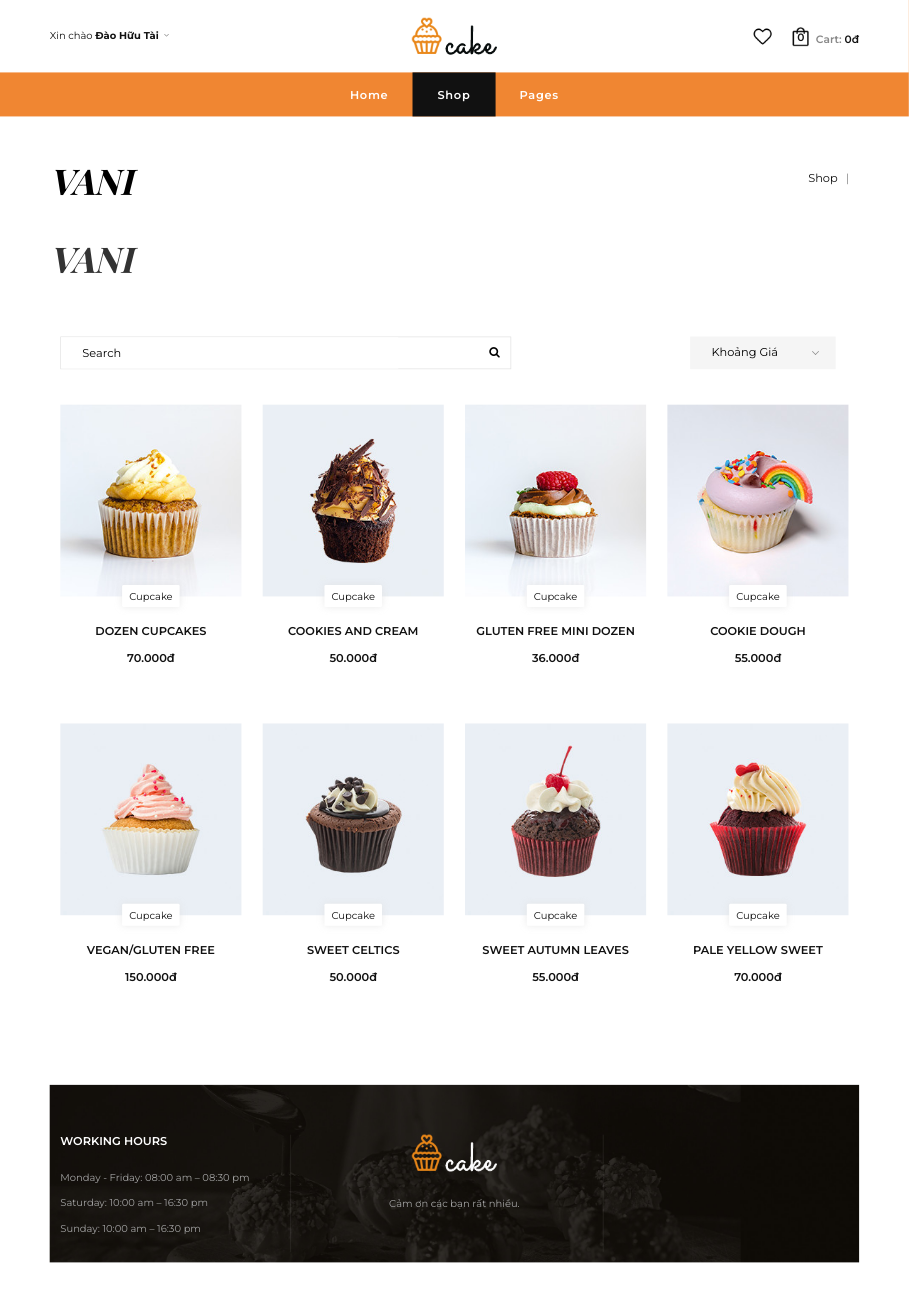
Repository: nhanto2n-byte/Nhom10ChieuThu3
Page: ProjectWeb/cake-main/shop-vani.html
These files come from the project's save history. The page is drawn as it stood at one moment and after the next save; the edit follows.
The browser window is 1280 px wide. The pictures show the whole page, at 71% of full size.

Above is the page before, as saved 2025-11-03 22:24:02.

After the next save:
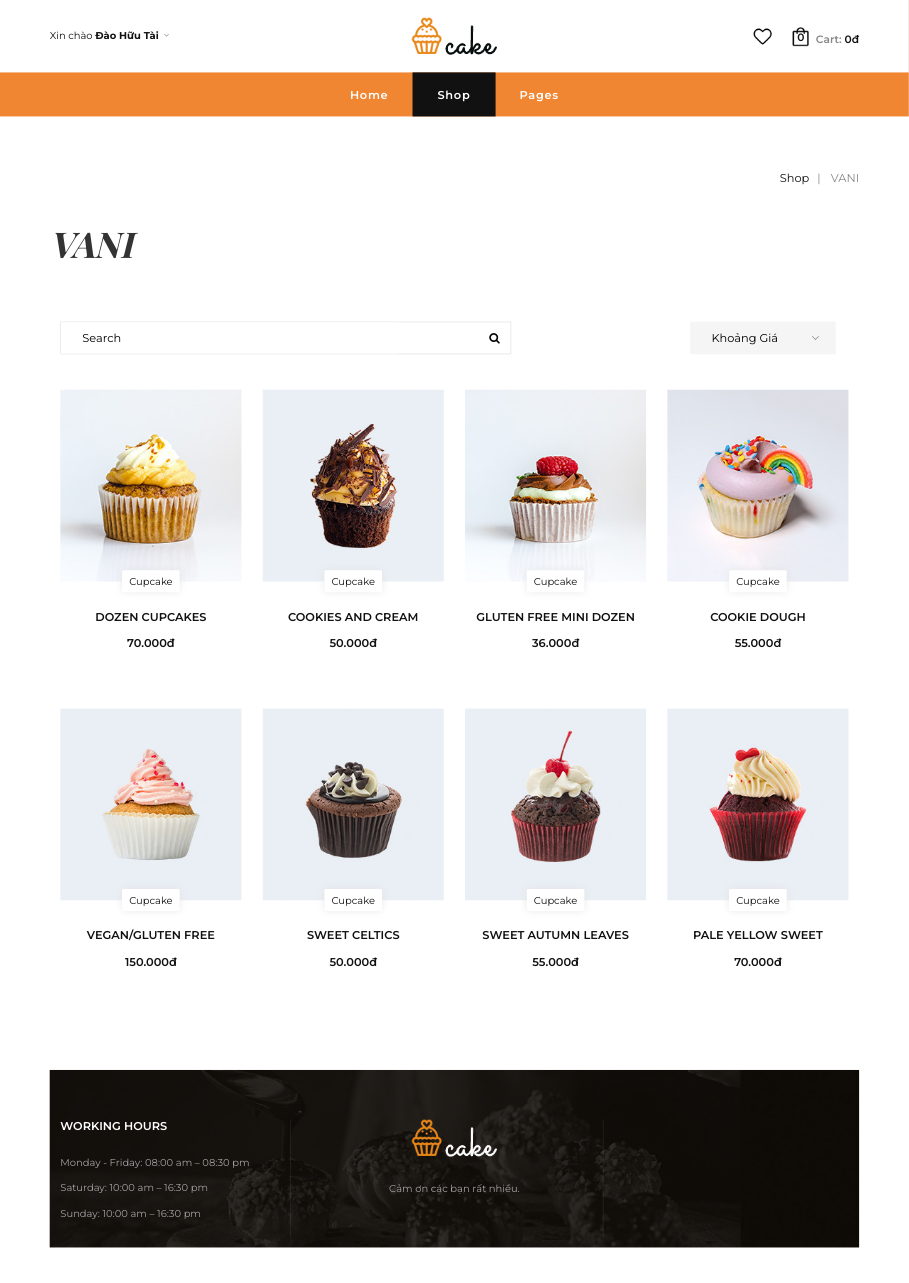
Saved 15 s later.
--- a/ProjectWeb/cake-main/shop-vani.html
+++ b/ProjectWeb/cake-main/shop-vani.html
@@ -185,13 +185,13 @@
             <div class="row">
                 <div class="col-lg-6 col-md-6 col-sm-6">
                     <div class="breadcrumb__text">
-                        <h2>VANI</h2>
+
                     </div>
                 </div>
                 <div class="col-lg-6 col-md-6 col-sm-6">
                     <div class="breadcrumb__links">
                         <a href="./shop.html">Shop</a>
-                        <span></span>
+                        <span>VANI</span>
                     </div>
                 </div>
             </div>
